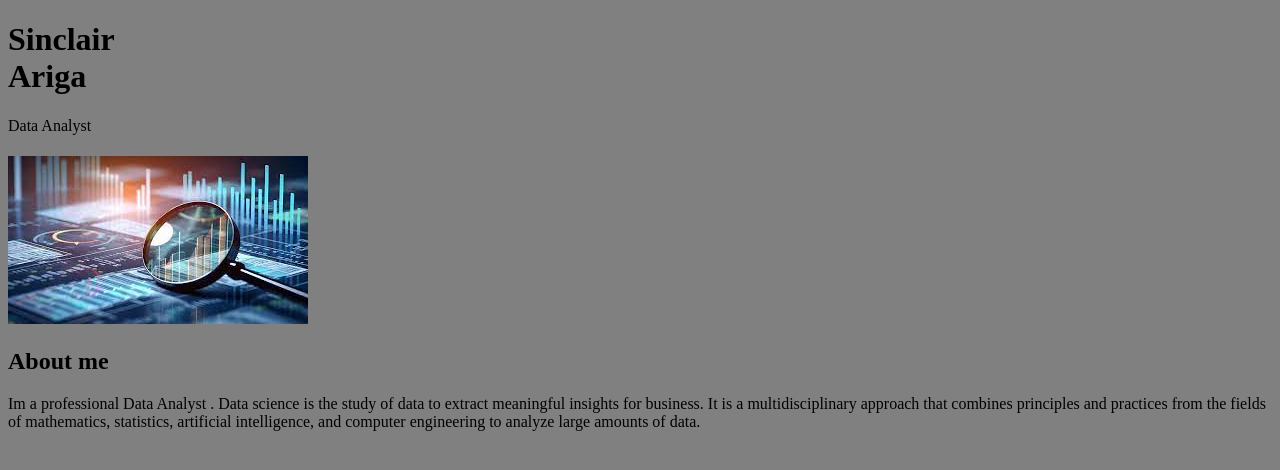
Repository: Sincriga/sincriga2
Page: index.html
An editor plug-in stored every save of this project. The page is shown before and after the next save, followed by the edit.
The browser window is 1280 px wide. The pictures show the whole page.

Above is the page before, as saved 2024-03-02 11:18:08.

After the next save:
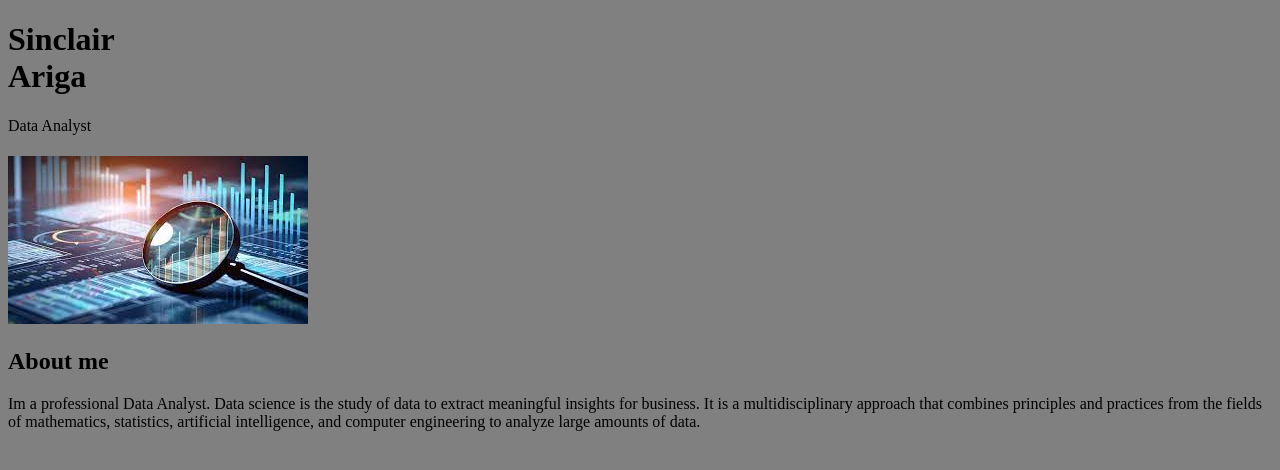
Saved 34 s later.
--- a/index.html
+++ b/index.html
@@ -20,7 +20,7 @@
         </div>
         <div id=" About me " id>
             <h2>About me</h2>
-            Im a professional Data Analyst . Data science is the study of data to extract meaningful insights for business. It is a multidisciplinary approach that combines principles and practices from the fields of mathematics, statistics, artificial intelligence,
+            Im a professional Data Analyst. Data science is the study of data to extract meaningful insights for business. It is a multidisciplinary approach that combines principles and practices from the fields of mathematics, statistics, artificial intelligence,
             and computer engineering to analyze large amounts of data.
 </body>
 
